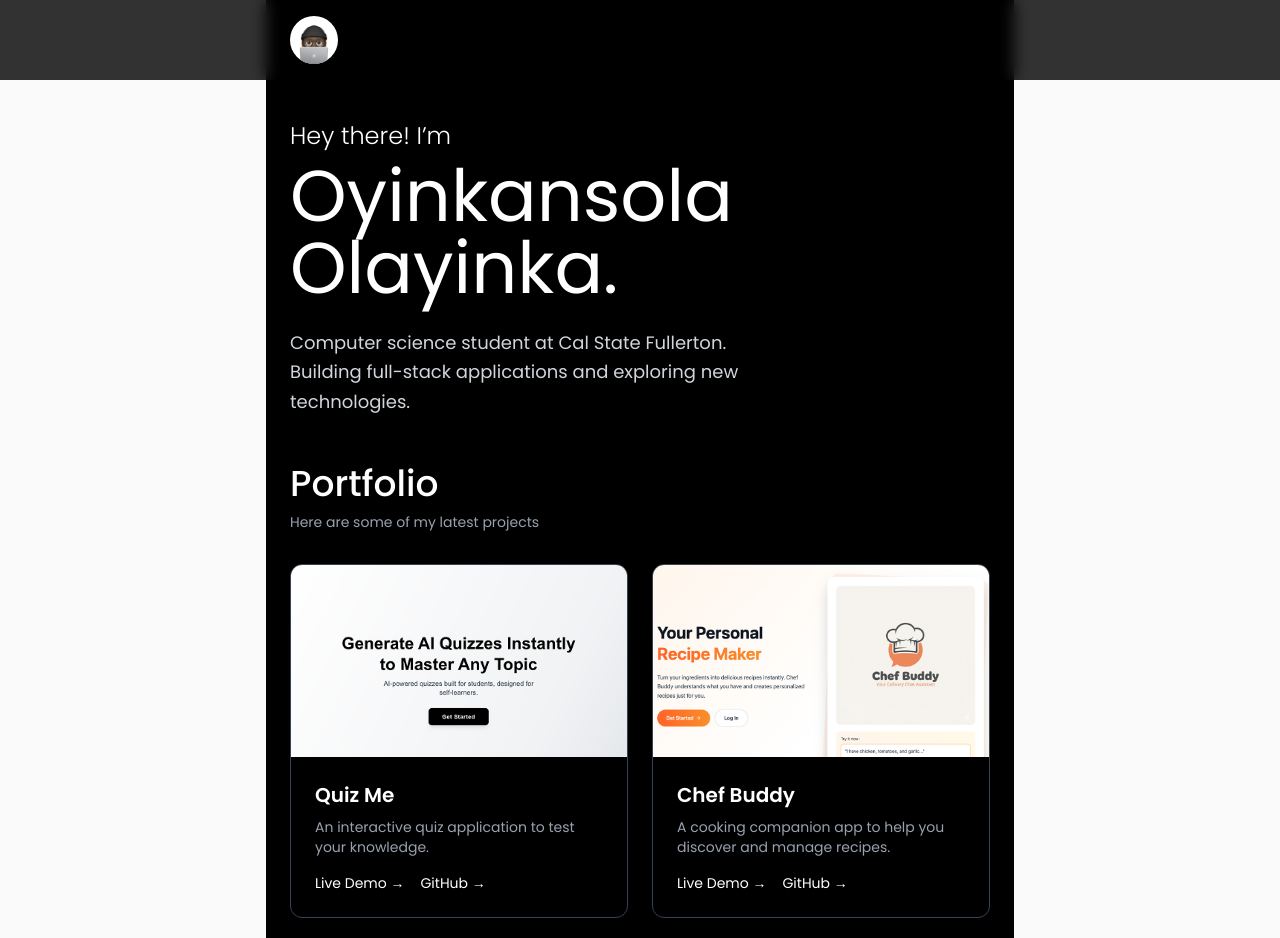
Repository: olasores/olasores-portfolio
Page: /
These files come from the project's save history. The page is drawn as it stood at one moment and after the next save; the edit follows.
The browser window is 1280 px wide. The pictures show the whole page.
The project was rebuilt for these pictures with package versions that can differ from the ones it lists, and the page was loaded fresh each time. The framework's server and built-in components were replaced by stand-ins that run in the browser. Also part of the build but not shown: next.config.ts.

Above is the page before, as saved 2025-11-11 13:10:48.

### app/layout.tsx
import type { Metadata } from "next";
import { Poppins } from "next/font/google";
import "./globals.css";
import Navbar from "./components/Navbar";

const poppins = Poppins({
  variable: "--font-poppins",
  weight: ["300", "400", "500", "600", "700"],
  subsets: ["latin"],
});

export const metadata: Metadata = {
  title: "Oyinkansola Olayinka | Portfolio",
  description: "Computer science student at Cal State Fullerton. Full-stack developer building intuitive applications.",
  icons: {
    icon: "/assets/olaimg2.webp",
  },
};

export default function RootLayout({
  children,
}: Readonly<{
  children: React.ReactNode;
}>) {
  return (
    <html lang="en">
      <body
        className={`${poppins.variable} antialiased`}
      >
        <Navbar />
        {children}
      </body>
    </html>
  );
}

### app/page.tsx
import HomeSection from "./components/HomeSection";

export default function Home() {
  return (

    <div className="flex min-h-screen items-center justify-center bg-zinc-50 font-sans dark:bg-black top-20">
      <HomeSection />

    </div>
  );
}

### app/globals.css
@import "tailwindcss";

* {
  font-family: 'Poppins', sans-serif;
}

:root {
  --background: #ffffff;
  --foreground: #171717;
}

@media (prefers-color-scheme: dark) {
  :root {
    --background: #0a0a0a;
    --foreground: #ededed;
  }
}

body {
  background: var(--background);
  color: var(--foreground);
}

### app/components/Navbar.tsx
export default function Navbar() {
    return (
        <nav className="fixed top-0 left-0 right-0 bg-black/80 backdrop-blur-sm px-6 py-4 z-50 flex justify-center">
            <div className="max-w-[700px] w-full flex items-center justify-between">
                {/* Logo */}
                <div className="relative w-12 h-12 rounded-full bg-white overflow-hidden flex items-center justify-center">
                    <img
                        src="/assets/olaimg2.webp"
                        alt="Oyinkansola Olayinka Logo"
                        className="w-full h-full object-cover"
                    />
                </div>

                {/* Links */}
                {/* <div className="flex gap-8 text-white">
                    <a href="#" className="hover:text-gray-400 transition">
                        Github ↗
                    </a>
                    <a href="#" className="hover:text-gray-400 transition">
                        linkedin ↗
                    </a>
                    <a href="#" className="hover:text-gray-400 transition">
                        Resume ↗
                    </a>
                </div> */}
            </div>
        </nav>
    );
}

### app/components/HomeSection.tsx
import Portfolio from "./Portfolio";
export default function HomeSection() {
    return (
        <div className="flex min-h-screen justify-center bg-black font-sans dark:bg-black px-6 py-5 pt-10 md:pt-30">
            <div className="max-w-[700px] w-full flex flex-col gap-12">
                {/* Text content */}
                <div className="flex flex-col gap-6 items-center md:items-start">
                    <div>
                        <h2 className="text-xl md:text-2xl font-light text-white mb-2">
                            Hey there! I&rsquo;m
                        </h2>
                        <h1 className="text-5xl md:text-7xl  text-white">
                            Oyinkansola Olayinka.
                        </h1>
                    </div>

                                        <p className="text-base md:text-lg text-gray-300 leading-relaxed max-w-lg">
                        Computer science student at Cal State Fullerton. Building full-stack applications and exploring new technologies.
                    </p>

                    {/* Links */}
                    {/* <div className="flex gap-6 text-lg md:text-xl text-white">
                        <a href="#" className="hover:text-gray-400 transition">
                            Github ↗
                        </a>
                        <a href="#" className="hover:text-gray-400 transition">
                            linkedin ↗
                        </a>
                        <a href="#" className="hover:text-gray-400 transition">
                            Resume ↗
                        </a>
                    </div> */}

                </div>
                <Portfolio />

            </div>
        </div>
    );
}

### app/components/Portfolio.tsx
export default function Portfolio() {
    return (
        <div className="flex justify-center bg-black font-sans dark:bg-black ">
            <div className="max-w-[700px] w-full flex flex-col gap-8">
                {/* Section Title */}
                <div>
                    <h2 className="text-3xl md:text-4xl font-medium text-white mb-2">
                        Portfolio
                    </h2>
                    <p className="text-gray-400 text-sm">
                        Here are some of my latest projects
                    </p>
                </div>

                {/* Projects Grid */}
                <div className="grid grid-cols-1 md:grid-cols-2 gap-6">
                    {/* Quiz Me Project */}
                    <div className="border border-gray-700 rounded-xl overflow-hidden hover:border-gray-500 transition flex flex-col">
                        {/* Project Image */}
                        <div className="w-full h-48 bg-gray-800 overflow-hidden">
                            <img
                                src="/assets/quizzy.png"
                                alt="Quiz Me Project"
                                className="w-full h-full object-cover"
                            />
                        </div>

                        {/* Project Details */}
                        <div className="p-6 flex flex-col gap-4 flex-1">
                            <div>
                                <h3 className="text-xl font-semibold text-white mb-2">
                                    Quiz Me
                                </h3>
                                <p className="text-gray-400 text-sm">
                                    An interactive quiz application to test your knowledge.
                                </p>
                            </div>

                            {/* Links */}
                            <div className="flex gap-4 text-sm mt-auto">
                                <a
                                    href="https://quiz-me-sandy.vercel.app/"
                                    target="_blank"
                                    rel="noopener noreferrer"
                                    className="text-white hover:text-gray-300 transition"
                                >
                                    Live Demo →
                                </a>
                                <a
                                    href="#"
                                    className="text-white hover:text-gray-300 transition"
                                >
                                    GitHub →
                                </a>
                            </div>
                        </div>
                    </div>

                    {/* Project Card 2 - Chef Buddy */}
                    <div className="border border-gray-700 rounded-xl overflow-hidden hover:border-gray-500 transition flex flex-col">
                        {/* Project Image */}
                        <div className="w-full h-48 bg-gray-800 overflow-hidden">
                            <img
                                src="/assets/chef.png"
                                alt="Chef Buddy Project"
                                className="w-full h-full object-cover"
                            />
                        </div>

                        {/* Project Details */}
                        <div className="p-6 flex flex-col gap-4 flex-1">
                            <div>
                                <h3 className="text-xl font-semibold text-white mb-2">
                                    Chef Buddy
                                </h3>
                                <p className="text-gray-400 text-sm">
                                    A cooking companion app to help you discover and manage recipes.
                                </p>
                            </div>

                            {/* Links */}
                            <div className="flex gap-4 text-sm mt-auto">
                                <a
                                    href="https://chef-buddy-rouge.vercel.app/"
                                    target="_blank"
                                    rel="noopener noreferrer"
                                    className="text-white hover:text-gray-300 transition"
                                >
                                    Live Demo →
                                </a>
                                <a
                                    href="#"
                                    className="text-white hover:text-gray-300 transition"
                                >
                                    GitHub →
                                </a>
                            </div>
                        </div>
                    </div>
                </div>
            </div>
        </div>
    );
}

After the next save:
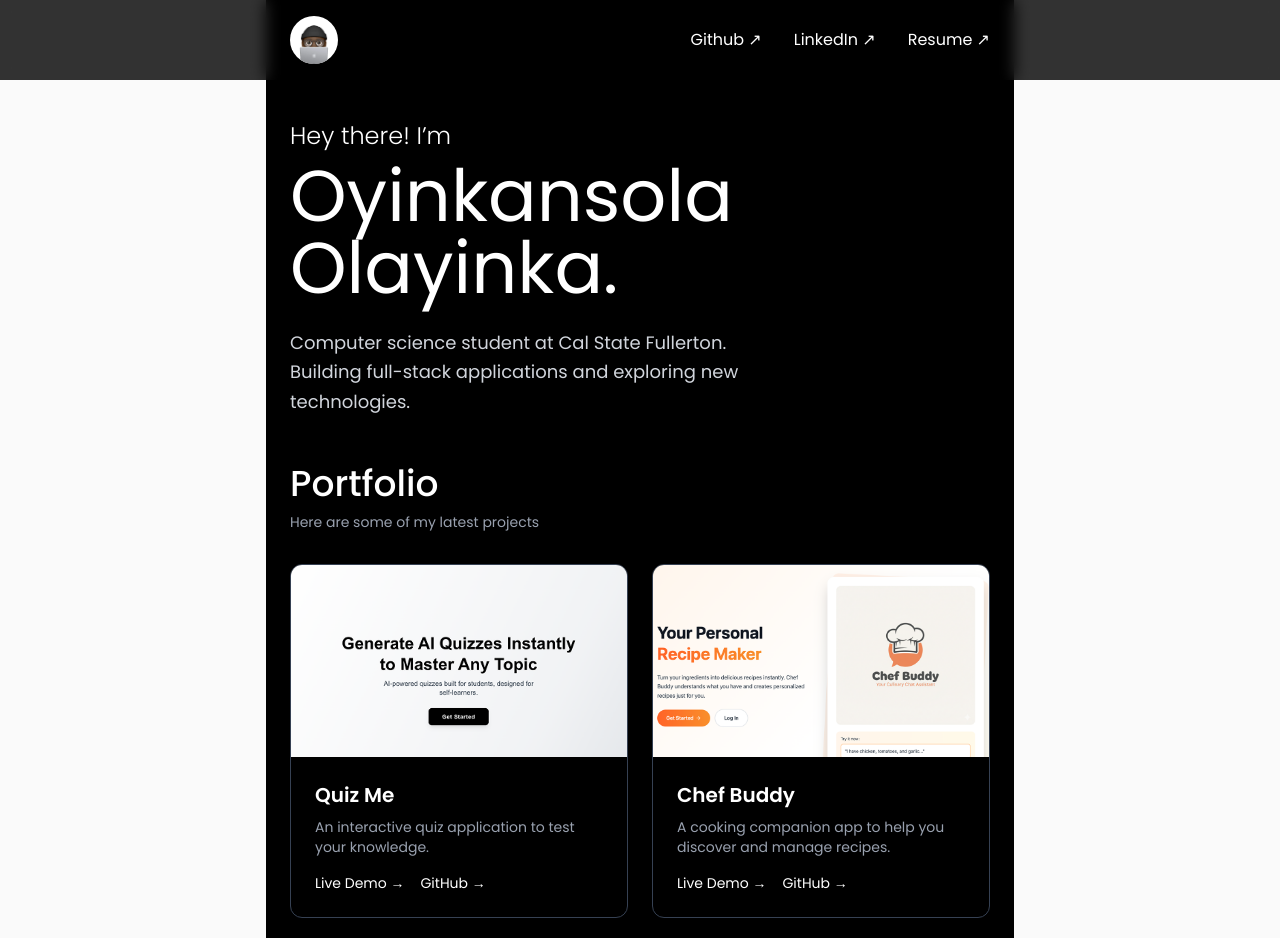
Saved 61 s later.
--- a/app/components/Navbar.tsx
+++ b/app/components/Navbar.tsx
@@ -12,17 +12,30 @@ export default function Navbar() {
                 </div>
 
                 {/* Links */}
-                {/* <div className="flex gap-8 text-white">
-                    <a href="#" className="hover:text-gray-400 transition">
+                <div className="flex gap-8 text-white text-sm md:text-base">
+                    <a
+                        href="https://github.com"
+                        target="_blank"
+                        rel="noopener noreferrer"
+                        className="hover:text-gray-400 transition"
+                    >
                         Github ↗
                     </a>
-                    <a href="#" className="hover:text-gray-400 transition">
-                        linkedin ↗
+                    <a
+                        href="https://linkedin.com"
+                        target="_blank"
+                        rel="noopener noreferrer"
+                        className="hover:text-gray-400 transition"
+                    >
+                        LinkedIn ↗
                     </a>
-                    <a href="#" className="hover:text-gray-400 transition">
+                    <a
+                        href="#"
+                        className="hover:text-gray-400 transition"
+                    >
                         Resume ↗
                     </a>
-                </div> */}
+                </div>
             </div>
         </nav>
     );
